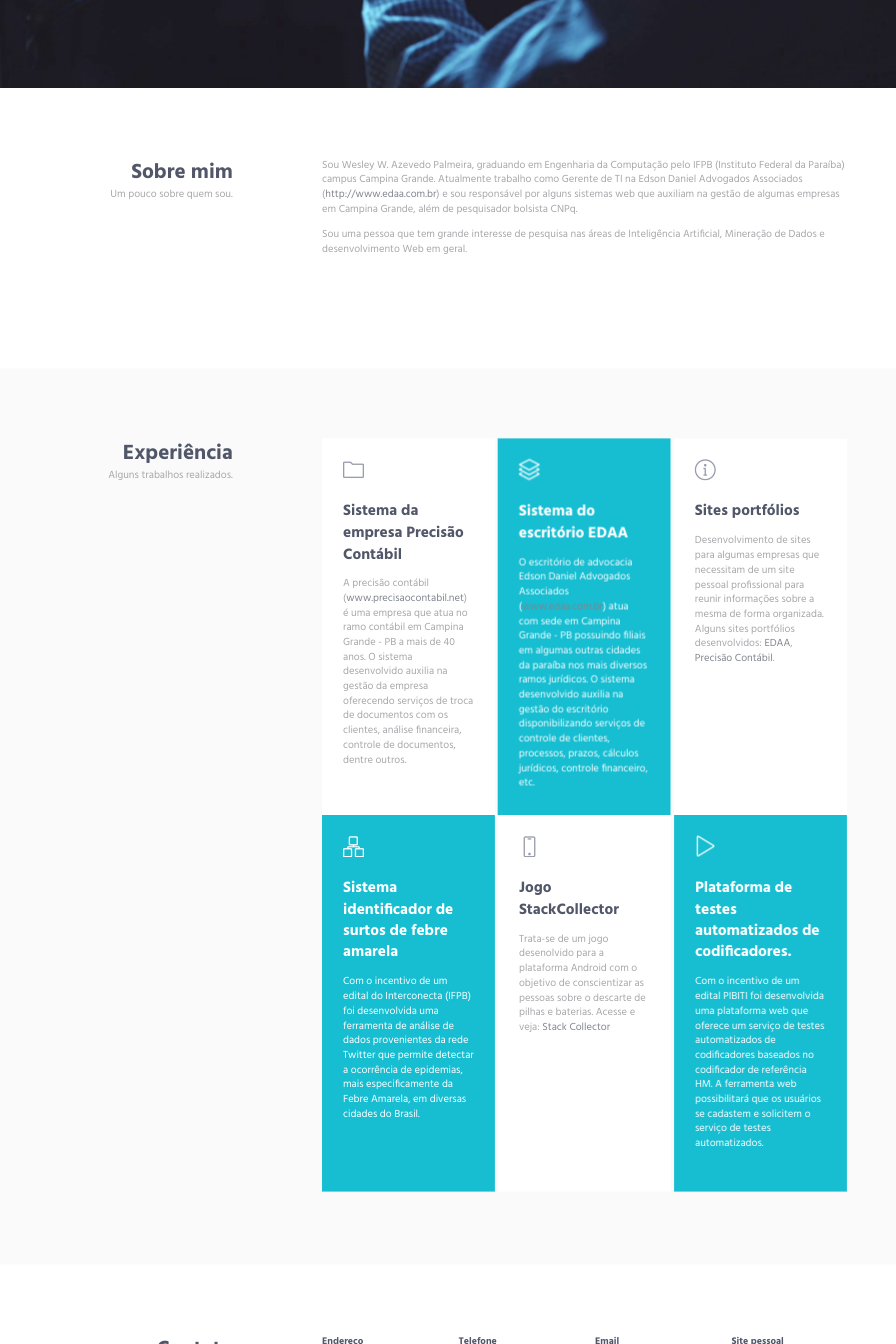
Repository: nolderosw/wesleyazevedo
Page: public/index.html
These files come from the project's save history. The page is drawn as it stood at one moment and after the next save; the edit follows.
The browser window is 1280 px wide. The pictures show the part of the page from y = 485 to 2405 px (the page is 2570 px tall before and 2549 px after), at 70% of full size.

Above is the page before, as saved 2019-07-25 21:00:26.

### public/index.html
<!DOCTYPE html>
<html lang="en" class="no-js">
<!-- BEGIN HEAD -->

<head>
    <meta charset="utf-8" />
    <title>Wesley Azevedo - Desenvolvedor</title>
    <meta name="viewport" content="width=device-width, initial-scale=1">
	<meta name="description" content="Site oficial do desenvolvedor Wesley Azevedo" />
	<meta name="keywords" content="desenvolvimento, campina grande, sume, joao pessoa, wa, wa desenvolvimento, javascript, html, java, python, inteligencia artificial, ifpb, wesley azevedo"
	/>
	<meta name="author" content="WA Desenvolvimento" />

    <!-- GLOBAL MANDATORY STYLES -->
    <link href="http://fonts.googleapis.com/css?family=Hind:300,400,500,600,700" rel="stylesheet" type="text/css">
    <link href="vendor/simple-line-icons/css/simple-line-icons.css" rel="stylesheet" type="text/css" />
    <link href="vendor/bootstrap/css/bootstrap.min.css" rel="stylesheet" type="text/css" />

    <!-- PAGE LEVEL PLUGIN STYLES -->
    <link href="css/animate.css" rel="stylesheet">

    <!-- THEME STYLES -->
    <link href="css/layout.min.css" rel="stylesheet" type="text/css" />
    <link href="vendor/lightbox2/dist/css/lightbox.min.css" />

    <!-- Favicon -->
    <link rel="icon" href="favicon.ico" />
</head>
<!-- END HEAD -->

<!-- BODY -->

<body id="body" data-spy="scroll" data-target=".header">

    <!--========== HEADER ==========-->
    <header class="header navbar-fixed-top">
        <!-- Navbar -->
        <nav class="navbar" role="navigation">
            <div class="container">
                <!-- Brand and toggle get grouped for better mobile display -->
                <div class="menu-container js_nav-item">
                    <button type="button" class="navbar-toggle" data-toggle="collapse" data-target=".nav-collapse">
                            <span class="sr-only">Toggle navigation</span>
                            <span class="toggle-icon"></span>
                        </button>

                    <!-- Logo -->
                    <div class="logo">
                        <a class="logo-wrap" href="#body">
                            <img class="logo-img logo-img-main" src="img/logo.png" alt="Asentus Logo">
                            <img class="logo-img logo-img-active" src="img/logo.png" alt="Asentus Logo">
                        </a>
                    </div>
                    <!-- End Logo -->
                </div>

                <!-- Collect the nav links, forms, and other content for toggling -->
                <div class="collapse navbar-collapse nav-collapse">
                    <div class="menu-container">
                        <ul class="nav navbar-nav navbar-nav-right">
                            <li class="js_nav-item nav-item"><a class="nav-item-child nav-item-hover" href="#body">Início</a></li>
                            <li class="js_nav-item nav-item"><a class="nav-item-child nav-item-hover" href="#about">Quem sou</a></li>
                            <li class="js_nav-item nav-item"><a class="nav-item-child nav-item-hover" href="#experience">Experiência</a></li>
                            <li class="js_nav-item nav-item"><a class="nav-item-child nav-item-hover" href="#contact">Contato</a></li>
                        </ul>
                    </div>
                </div>
                <!-- End Navbar Collapse -->
            </div>
        </nav>
        <!-- Navbar -->
    </header>
    <!--========== END HEADER ==========-->

    <!--========== SLIDER ==========-->
    <div class="promo-block parallax-window" data-parallax="scroll" data-image-src="img/1920x1080/01.jpg">
        <div class="container">
            <div class="row">
                <div class="col-sm-6">
                    <div class="promo-block-divider">
                        <h1 class="promo-block-title">Wesley <br/> Azevedo</h1>
                        <!--<p class="promo-block-text">Desenvolvedor de Software</p>-->
                    </div>
                    <ul class="list-inline">
                        <li><a href="http://facebook.com/wesley150" target="_blank" class="social-icons"><i class="icon-social-facebook"></i></a></li>
                        <li><a href="http://twitter.com/wesley150" target="_blank" class="social-icons"><i class="icon-social-twitter"></i></a></li>
                        <li><a href="http://instagram.com/leloazevedo" target="_blank" class="social-icons"><i class="icon-social-instagram"></i></a></li>
                        <li><a href="http://linkedin.com/in/nolderos" target="_blank" class="social-icons"><i class="icon-social-linkedin"></i></a></li>
                        <li><a href="http://github.com/nolderosw" target="_blank" class="social-icons"><i class="icon-social-github"></i></a></li>
                    </ul>
                </div>
            </div>
            <!--// end row -->
        </div>
    </div>
    <!--========== SLIDER ==========-->

    <!--========== PAGE LAYOUT ==========-->
    <!-- About -->
    <div id="about">
        <div class="container content-lg">
            <div class="row">
                <div class="col-sm-3 sm-margin-b-30">
                    <div class="text-right sm-text-left">
                        <h2 class="margin-b-0">Sobre mim</h2>
                        <p>Um pouco sobre quem sou.</p>
                    </div>
                </div>
                <div class="col-sm-8 col-sm-offset-1">
                    <div class="margin-b-60">
                        <p>Sou Wesley W. Azevedo Palmeira, graduando em Engenharia da Computação pelo IFPB (Instituto Federal da Paraíba) campus Campina Grande. Atualmente trabalho como Gerente de TI na Edson Daniel Advogados Associados (<a href="http://www.edaa.com.br" target="_blank">http://www.edaa.com.br</a>) e sou responsável por alguns sistemas web que auxiliam na gestão de algumas empresas em Campina Grande, além de pesquisador bolsista CNPq.
                        </p>
                        <p>Sou uma pessoa que tem grande interesse de pesquisa nas áreas de Inteligência Artificial, Mineração de Dados e desenvolvimento Web em geral.</p>
                    </div>
                </div>
            </div>
            <!--// end row -->
        </div>
    </div>
    <!-- End About -->

    <!-- Experience -->
    <div id="experience">
        <div class="bg-color-sky-light" data-auto-height="true">
            <div class="container content-lg">
                <div class="row">
                    <div class="col-sm-3 sm-margin-b-30">
                        <div class="text-right sm-text-left">
                            <h2 class="margin-b-0">Experiência</h2>
                            <p>Alguns trabalhos realizados.</p>
                        </div>
                    </div>
                    <div class="col-sm-8 col-sm-offset-1">
                        <div class="row row-space-2 margin-b-4">
                            <div class="col-md-4 md-margin-b-4">
                                <div class="service" data-height="height">
                                    <div class="service-element">
                                        <i class="service-icon icon-folder"></i>
                                    </div>
                                        <h3>Sistema da empresa Precisão Contábil</h3>
                                        <p class="margin-b-5">A precisão contábil (<a target="_blank" href="http://www.precisaocontabil.net">www.precisaocontabil.net</a>) é uma empresa que atua no ramo contábil em Campina Grande - PB a mais de 40 anos. O sistema desenvolvido auxilia na gestão da empresa oferecendo serviços de troca de documentos com os clientes, análise financeira, controle de documentos, dentre outros.</p>
                                  <!--  <a href="img/logo.png" class="content-wrapper-link" target="_parent"></a> -->
                                </div>
                            </div>
                            <div class="col-md-4 md-margin-b-4">
                                <div class="service bg-color-base wow zoomIn" data-height="height" data-wow-duration=".3" data-wow-delay=".1s">
                                    <div class="service-element">
                                        <i class="service-icon color-white icon-layers"></i>
                                    </div>

                                        <h3 class="color-white">Sistema do escritório EDAA</h3>
                                        <p class="color-white margin-b-5">O escritório de advocacia Edson Daniel Advogados Associados (<a target="_blank" href="http://www.edaa.com.br">www.edaa.com.br</a>) atua com sede em Campina Grande - PB possuindo filiais em algumas outras cidades da paraíba nos mais diversos ramos jurídicos. O sistema desenvolvido auxilia na gestão do escritório disponibilizando serviços de controle de clientes, processos, prazos, cálculos jurídicos, controle financeiro, etc.</p>
                                  <!--  <a href="#" class="content-wrapper-link"></a> -->
                                </div>
                            </div>
                            <div class="col-md-4">
                                <div class="service" data-height="height">
                                    <div class="service-element">
                                        <i class="service-icon icon-info"></i>
                                    </div>
                                        <h3>Sites portfólios</h3>
                                        <p class="margin-b-5">Desenvolvimento de sites para algumas empresas que necessitam de um site pessoal profissional para reunir informações sobre a mesma de forma organizada. Alguns sites portfólios desenvolvidos: <a href="http://www.edaa.com.br" target="_blank">EDAA</a>, <a href="http://www.precisaocontabil.net" target="_blank">Precisão Contábil</a>.</p>
                                   <!--  <a href="#" class="content-wrapper-link"></a> -->
                                </div>
                            </div>
                            <div class="col-md-4 md-margin-b-4">
                                <div class="service bg-color-base wow zoomIn" data-height="height" data-wow-duration=".3" data-wow-delay=".1s">
                                    <div class="service-element">
                                        <i class="service-icon color-white icon-organization"></i>
                                    </div>
                                        <h3 class="color-white">Sistema identificador de surtos de febre amarela</h3>
                                        <p class="color-white margin-b-5">Com o incentivo de um edital do Interconecta (IFPB) foi desenvolvida uma ferramenta de análise de dados provenientes da rede Twitter que permite detectar a ocorrência de epidemias, mais especificamente da Febre Amarela, em diversas cidades do Brasil.</p>
                                     <!--  <a href="#" class="content-wrapper-link"></a> -->
                                </div>
                            </div>
                            <div class="col-md-4">
                                <div class="service" data-height="height">
                                    <div class="service-element">
                                        <i class="service-icon icon-screen-smartphone"></i>
                                    </div>
                                        <h3>Jogo StackCollector</h3>
                                        <p class="margin-b-5">Trata-se de um jogo desenolvido para a plataforma Android com o objetivo de conscientizar as pessoas sobre o descarte de pilhas e baterias. Acesse e veja: <a href="https://play.google.com/store/apps/details?id=com.Wesley.StackCollector" target="_blank">Stack Collector</a></p>
                                    <!--  <a href="#" class="content-wrapper-link"></a> -->
                                </div>
                            </div>
                            <div class="col-md-4 md-margin-b-4">
                                <div class="service bg-color-base wow zoomIn" data-height="height" data-wow-duration=".3" data-wow-delay=".1s">
                                    <div class="service-element">
                                        <i class="service-icon color-white icon-control-play"></i>
                                    </div>
                                        <h3 class="color-white">Plataforma de testes automatizados de codificadores.</h3>
                                        <p class="color-white margin-b-5">Com o incentivo de um edital PIBITI foi desenvolvida uma plataforma web que oferece um serviço de testes automatizados de codificadores baseados no codificador de referência HM. A ferramenta web possibilitará que os usuários  se cadastem e solicitem o serviço de testes automatizados. </p>
                                     <!--  <a href="#" class="content-wrapper-link"></a> -->
                                </div>
                            </div>
                        </div>
                        <!--// end row -->
                    </div>
                </div>
                <!--// end row -->
            </div>
        </div>
    </div>
    <!-- End Experience -->

    <!-- Contact -->
    <div id="contact">
            <div class="container content-lg">
                <div class="row">
                    <div class="col-sm-3 sm-margin-b-30">
                        <div class="text-right sm-text-left">
                            <h2 class="margin-b-0">Contato</h2>
                            <p>Converse comigo.</p>
                        </div>
                    </div>
                    <div class="col-sm-8 col-sm-offset-1">
                        <div class="row">
                            <div class="col-md-3 col-xs-6 md-margin-b-30">
                                <h5>Endereço</h5>
                                <a>Campina Grande, Paraíba, Brasil</a>
                            </div>
                            <div class="col-md-3 col-xs-6 md-margin-b-30">
                                <h5>Telefone</h5>
                                <a >+55 83 98187 8336</a>
                            </div>
                            <div class="col-md-3 col-xs-6">
                                <h5>Email</h5>
                                <a href="mailto:#">wesley150wow@gmail.com</a>
                            </div>
                            <div class="col-md-3 col-xs-6">
                                <h5>Site pessoal</h5>
                                <a href="http://www.wesleyazevedo.com" target="_blank">wesleyazevedo.com</a>
                            </div>
                        </div>
                    </div>
                </div>
                <!--// end row -->
            </div>
    </div>
    <!-- End Contact -->
    <!--========== END PAGE LAYOUT ==========-->

    <!--========== FOOTER ==========-->
    <!-- <footer class="footer">
            <div class="content container">
                <div class="row">
                    <div class="col-xs-6">
                        <img class="footer-logo" src="img/logo.png" alt="Aircv Logo">
                    </div>
                    <div class="col-xs-6 text-right sm-text-left">
                        <p class="margin-b-0"><a class="fweight-700" href="http://keenthemes.com/preview/aircv/">Aircv</a> Theme Powered by: <a class="fweight-700" href="http://www.keenthemes.com/">KeenThemes.com</a></p>
                    </div>
                </div>
                <!--// end row -->
    </div>
    </footer>
    <!--========== END FOOTER ==========-->

    <!-- Back To Top -->
    <a href="javascript:void(0);" class="js-back-to-top back-to-top">Topo</a>

    <!-- JAVASCRIPTS(Load javascripts at bottom, this will reduce page load time) -->
    <!-- CORE PLUGINS -->
    <script src="vendor/jquery.min.js" type="text/javascript"></script>
    <script src="vendor/jquery-migrate.min.js" type="text/javascript"></script>
    <script src="vendor/bootstrap/js/bootstrap.min.js" type="text/javascript"></script>

    <!-- PAGE LEVEL PLUGINS -->
    <script src="vendor/jquery.easing.js" type="text/javascript"></script>
    <script src="vendor/jquery.back-to-top.js" type="text/javascript"></script>
    <script src="vendor/jquery.smooth-scroll.js" type="text/javascript"></script>
    <script src="vendor/jquery.wow.min.js" type="text/javascript"></script>
    <script src="vendor/jquery.parallax.min.js" type="text/javascript"></script>
    <script src="vendor/jquery.appear.js" type="text/javascript"></script>
    <script src="vendor/masonry/jquery.masonry.pkgd.min.js" type="text/javascript"></script>
    <script src="vendor/masonry/imagesloaded.pkgd.min.js" type="text/javascript"></script>

    <!-- PAGE LEVEL SCRIPTS -->
    <script src="js/layout.min.js" type="text/javascript"></script>
    <script src="js/components/progress-bar.min.js" type="text/javascript"></script>
    <script src="js/components/masonry.min.js" type="text/javascript"></script>
    <script src="js/components/wow.min.js" type="text/javascript"></script>
    <script src="vendor/lightbox2/src/js/lightbox.js"></script>

    <script>
        function open_link(link) {
            if (link == "face") {
                window.open('facebook.com/wesley150', '_blank');
            };
        };
    </script>
</body>
<!-- END BODY -->

</html>

Loaded but not shown: public/vendor/simple-line-icons/css/simple-line-icons.css (library); public/vendor/bootstrap/css/bootstrap.min.css (library); public/css/animate.css (library); public/css/layout.min.css (library); public/vendor/jquery.min.js (library); public/vendor/jquery-migrate.min.js (library); public/vendor/bootstrap/js/bootstrap.min.js (library); public/vendor/jquery.easing.js (library); public/vendor/jquery.back-to-top.js (common file); public/vendor/jquery.smooth-scroll.js (library); public/vendor/jquery.wow.min.js (library); public/vendor/jquery.parallax.min.js (library); public/vendor/jquery.appear.js (library); public/vendor/masonry/jquery.masonry.pkgd.min.js (library); public/vendor/masonry/imagesloaded.pkgd.min.js (library); public/js/layout.min.js (common file); public/js/components/progress-bar.min.js (common file); public/js/components/masonry.min.js (common file); public/js/components/wow.min.js (common file); public/vendor/lightbox2/src/js/lightbox.js (library)

After the next save:
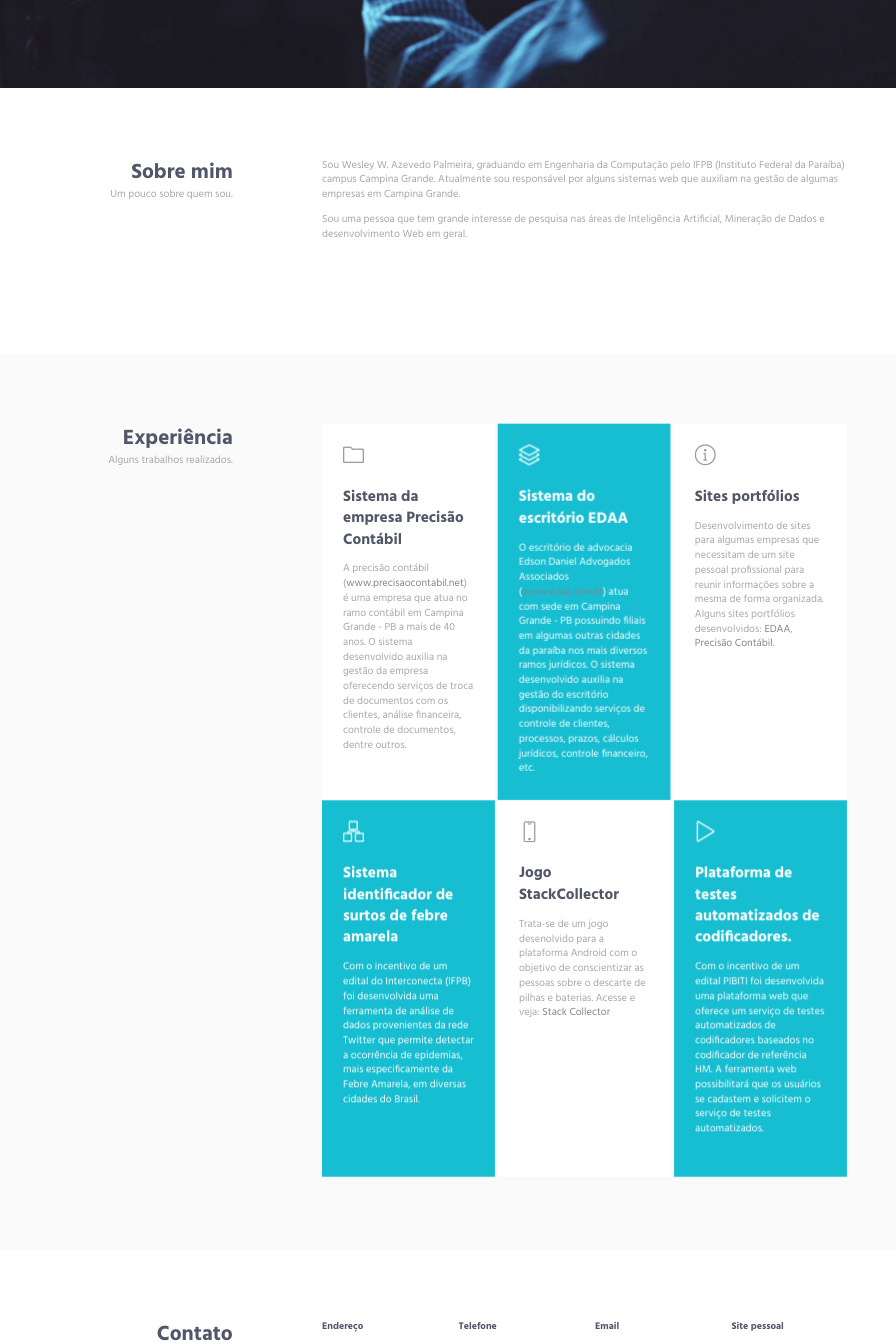
Saved 56 s later.
--- a/public/index.html
+++ b/public/index.html
@@ -108,7 +108,8 @@
                 </div>
                 <div class="col-sm-8 col-sm-offset-1">
                     <div class="margin-b-60">
-                        <p>Sou Wesley W. Azevedo Palmeira, graduando em Engenharia da Computação pelo IFPB (Instituto Federal da Paraíba) campus Campina Grande. Atualmente trabalho como Gerente de TI na Edson Daniel Advogados Associados (<a href="http://www.edaa.com.br" target="_blank">http://www.edaa.com.br</a>) e sou responsável por alguns sistemas web que auxiliam na gestão de algumas empresas em Campina Grande, além de pesquisador bolsista CNPq.
+                        <p>Sou Wesley W. Azevedo Palmeira, graduando em Engenharia da Computação pelo IFPB (Instituto Federal da Paraíba) campus Campina Grande.
+                            Atualmente sou responsável por alguns sistemas web que auxiliam na gestão de algumas empresas em Campina Grande.
                         </p>
                         <p>Sou uma pessoa que tem grande interesse de pesquisa nas áreas de Inteligência Artificial, Mineração de Dados e desenvolvimento Web em geral.</p>
                     </div>
